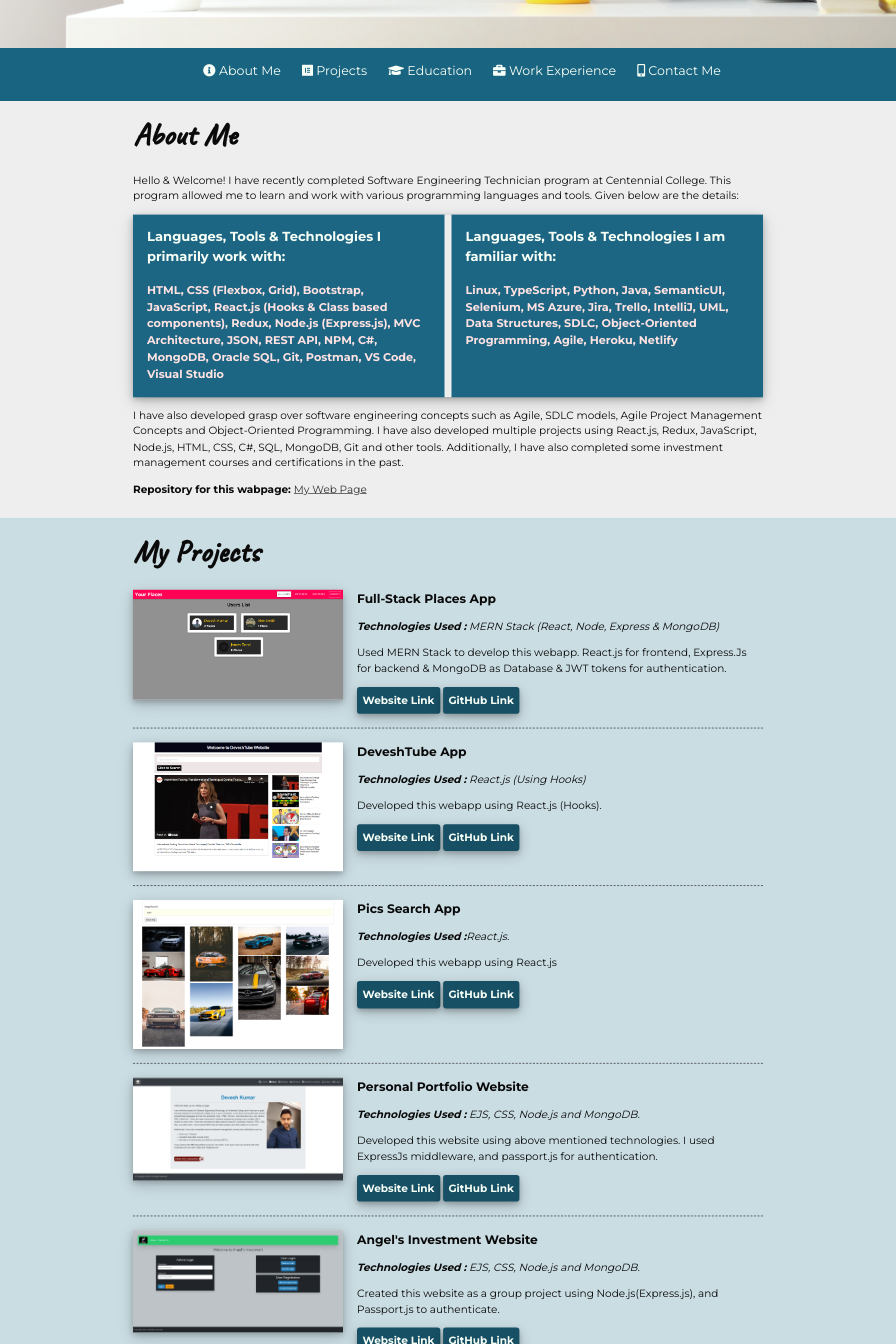
Repository: My-Web-Page/MyWebPage
Page: index.html
These files come from the project's save history. The page is drawn as it stood at one moment and after the next save; the edit follows.
The browser window is 1280 px wide. The pictures show the part of the page from y = 432 to 2352 px (the page is 5056 px tall before and 5078 px after), at 70% of full size.
Some web libraries are served in a nearby version.

Above is the page before, as saved 2021-09-07 14:14:21.

After the next save:
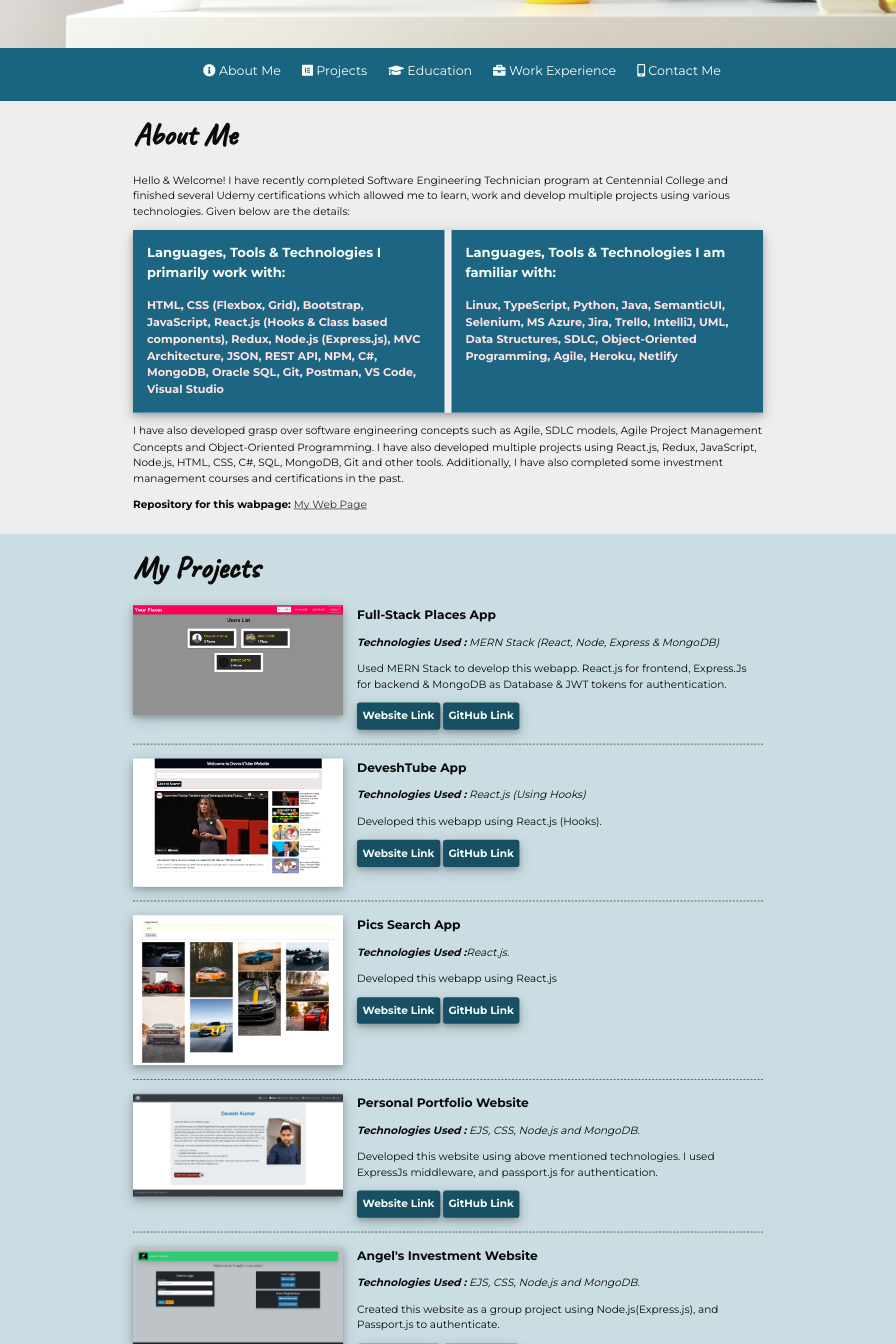
Saved 112 s later.
--- a/index.html
+++ b/index.html
@@ -48,7 +48,8 @@
         <section id="about-me">
             <div class="container">
                 <h2>About Me</h2>
-                <p>Hello & Welcome! I have recently completed Software Engineering Technician program at Centennial College. This program allowed me to learn and work with various programming languages and tools. Given below are the details: </p>
+                <p>Hello & Welcome! I have recently completed Software Engineering Technician program at Centennial College and finished several Udemy certifications which allowed me to learn, work and develop multiple projects using various technologies.
+                    Given below are the details: </p>
                 <div class="grid-container">
                     <div class="grid-item">
                         <h3>Languages, Tools & Technologies I primarily work with:</h3>
